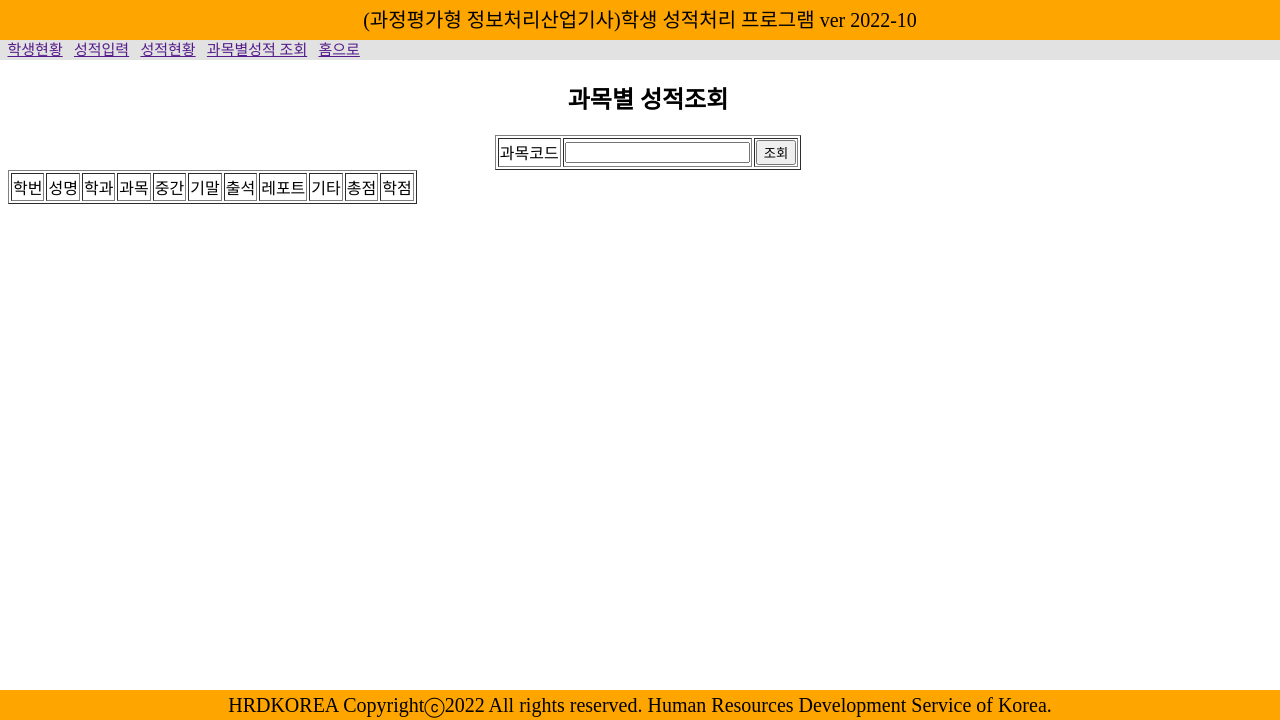
Repository: YeoJeongmo/hrdKorea
Page: http://localhost/HRD_01/sub_score.jsp
The author's editor kept a copy of each file at every save. The page is drawn from the files as they stood at one save, then again after the next save.
The browser window is 1280 px wide. The pictures show the whole page.
The page is served by Tomcat 9.

Above is the page before, as saved 2024-09-02 13:09:32.

After the next save:
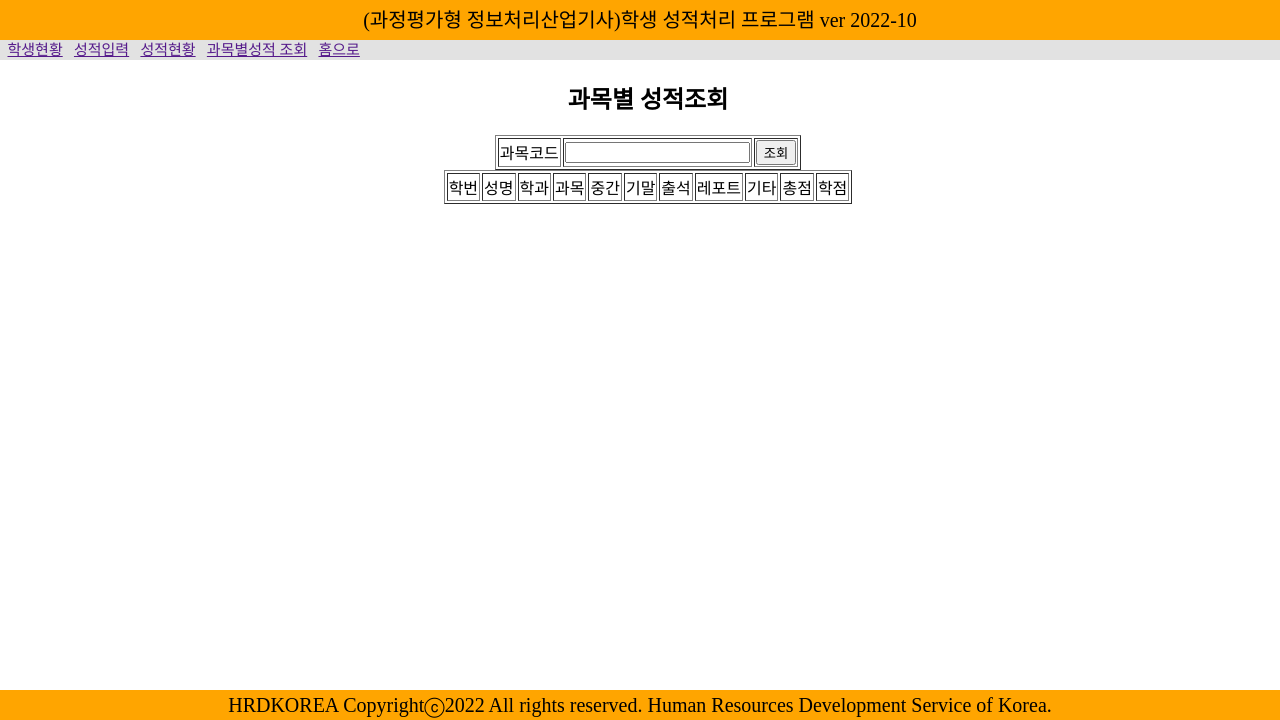
Saved 27 s later.
--- a/cbq_02/workspace/HRD_01/src/main/webapp/sub_score.jsp
+++ b/cbq_02/workspace/HRD_01/src/main/webapp/sub_score.jsp
@@ -11,7 +11,7 @@
 
 <section style="position: fixed; top: 60px; width: 100%;">
 	<h2 style="text-align: center;">과목별 성적조회</h2>
-	<form name="frm" style="display: flex; width: 100%; justify-content: center; text-align: center">
+	<form style="display: flex; width: 100%; justify-content: center; text-align: center">
 		<table border="1">
 			<tr>
 				<td> 과목코드 </td>
@@ -20,21 +20,23 @@
 			</tr>
 		</table>
 	</form>
-	<table border="1">
-		<tr>
-			<td> 학번 </td>
-			<td> 성명 </td>
-			<td> 학과 </td>
-			<td> 과목 </td>
-			<td> 중간 </td>
-			<td> 기말 </td>
-			<td> 출석 </td>
-			<td> 레포트 </td>
-			<td> 기타 </td>
-			<td> 총점 </td>
-			<td> 학점 </td>
-		</tr>
-	</table>
+	<form style="display: flex; width: 100%; justify-content: center; text-align: center">
+		<table border="1">
+			<tr>
+				<td> 학번 </td>
+				<td> 성명 </td>
+				<td> 학과 </td>
+				<td> 과목 </td>
+				<td> 중간 </td>
+				<td> 기말 </td>
+				<td> 출석 </td>
+				<td> 레포트 </td>
+				<td> 기타 </td>
+				<td> 총점 </td>
+				<td> 학점 </td>
+			</tr>
+		</table>
+	</form>
 </section>
 <jsp:include page="footer.jsp"></jsp:include>
 </body>
